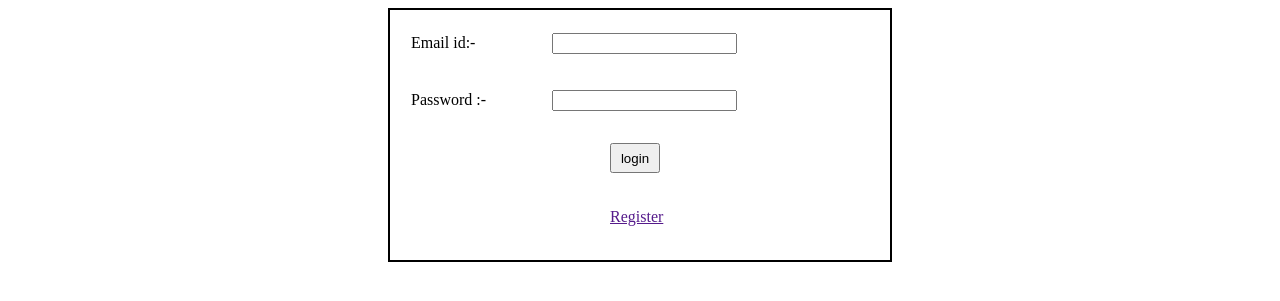
Repository: ShivrajMPujari/ServletApplication
Page: http://localhost/LoginReg/
An editor plug-in stored every save of this project. The page is shown before and after the next save, followed by the edit.
The browser window is 1280 px wide. The pictures show the whole page.
The page is served by Tomcat 9. Other server files are loaded and not shown.

Above is the page before, as saved 2018-07-09 06:10:42.

### LoginReg/WebContent/index.html
<!DOCTYPE html>
<html>
<head>
<meta charset="UTF-8">
<title>Insert title here</title>
<link rel="stylesheet" href="index.css"/>
</head>
<body>

<div class="tableDiv">
<form action="">
<table class="loginTabel" cellspacing="10">
<tr>
	<td> Email id:- </td> <td> <input type="email" /></td>
</tr>

<tr>
	<td>Password :- </td> <td> <input type="password" /> </td>
</tr>

<tr>
<td colspan="2"  class="submitButton"  > <input class="btn"type="submit" value="login" /></td>
</tr>

<tr>
<td colspan="2" class="register"> <a href="">Register</a></td>
</tr>
</table>
</form>
</div>
</body>
</html>

### LoginReg/WebContent/index.css
@CHARSET "UTF-8";

.tableDiv{
	height:250px;
	width:500px;
	margin:auto;
	border:2px solid black;
}
.loginTabel{

	height:240px;
	width:480px;
	margin:auto;

}
tr{
	height: 30px;
}
.submitButton{
	padding-left:200px;

}
.btn{
	height: 30px;
	width:50px;
}
.register{

	padding-left:200px;
}

After the next save:
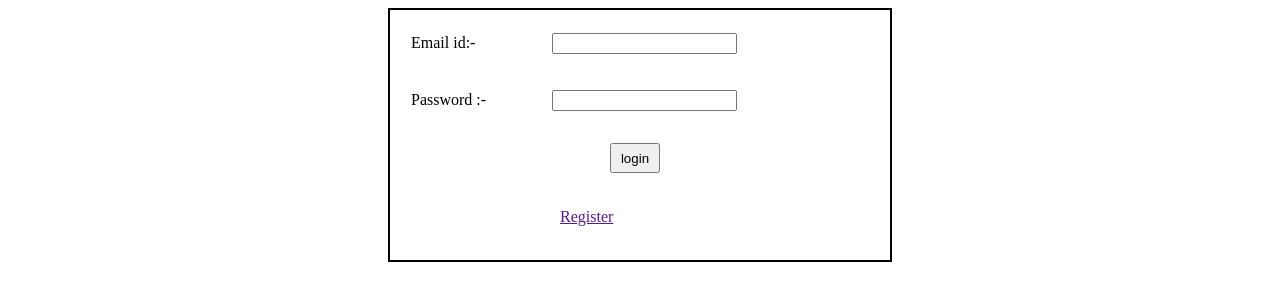
Saved 16 s later.
--- a/LoginReg/WebContent/index.css
+++ b/LoginReg/WebContent/index.css
@@ -26,5 +26,5 @@ tr{
 }
 .register{
 
-	padding-left:200px;
+	padding-left:150px;
 }
